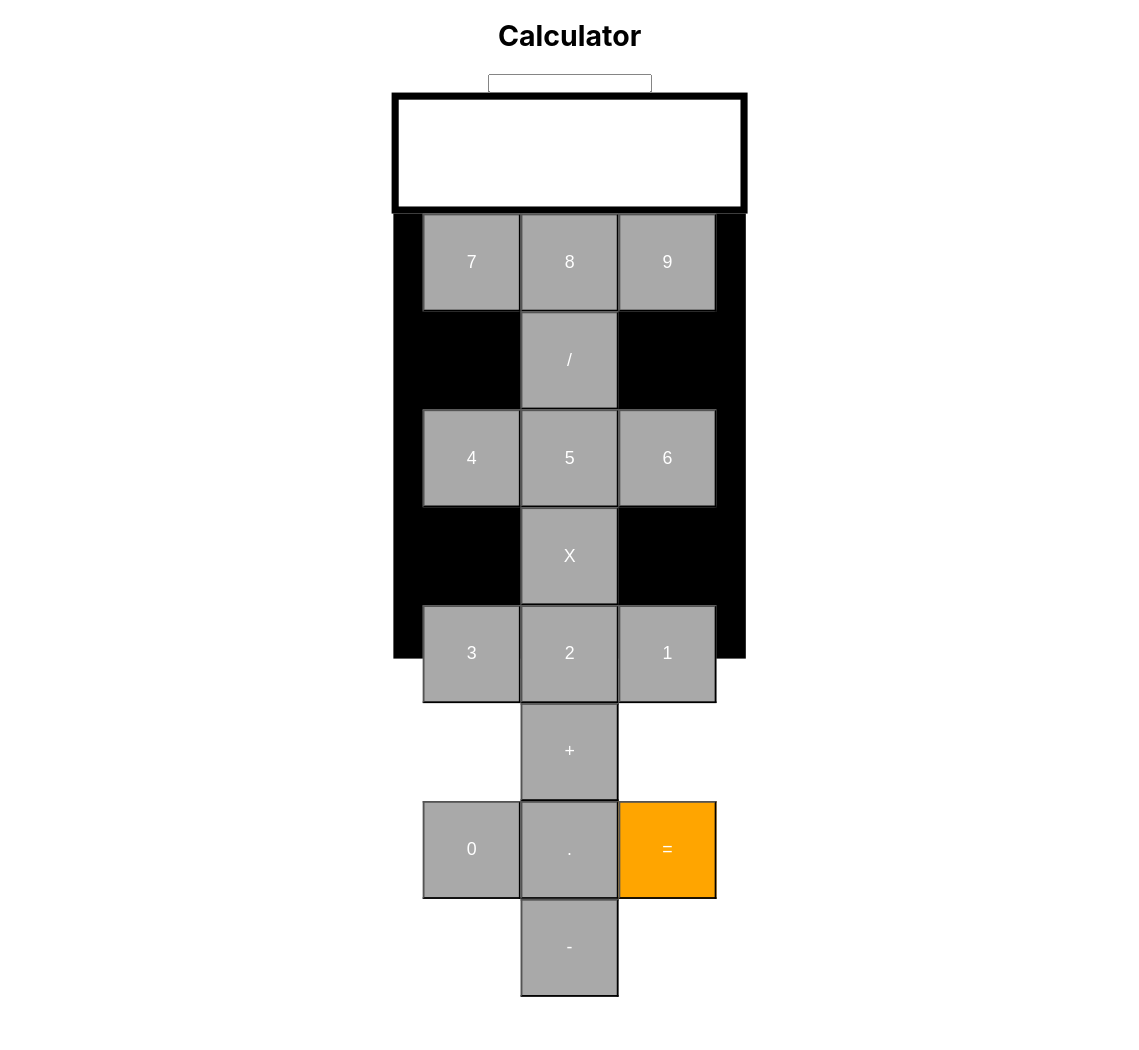
Repository: punitbathija/Placement-Assitance-iNeuron
Page: / (app in React/calculator/), after clicking the first element matching `button.equal`
An editor plug-in stored every save of this project. The page is shown before and after the next save, followed by the edit.
The browser window is 1280 px wide. The pictures show the whole page, at 89% of full size.
The project was rebuilt for these pictures with package versions that can differ from the ones it lists, and the page was loaded fresh each time.

Above is the page before, as saved 2023-06-05 16:25:12.

### React/calculator/src/index.css
body {
  margin: 0;
  font-family: -apple-system, BlinkMacSystemFont, 'Segoe UI', 'Roboto', 'Oxygen',
    'Ubuntu', 'Cantarell', 'Fira Sans', 'Droid Sans', 'Helvetica Neue',
    sans-serif;
  -webkit-font-smoothing: antialiased;
  -moz-osx-font-smoothing: grayscale;
}

code {
  font-family: source-code-pro, Menlo, Monaco, Consolas, 'Courier New',
    monospace;
}


.screen{
  height: 120px;
  width: 30%;
  border:  8px solid black;
  margin: auto;
  background-color: white;
}


.numpad{
  color: white;
  height: 500px;
  width: 31%;
  margin: auto;
  background-color: black;
}

.btn{
  height: 110px;
  width: 110px;
  background-color: darkgray;
  color: white;
  font-size:20px;
}

.btn:hover{
  background-color: aliceblue;
  color: black;
}

.equal{
  background-color: orange;
}

### React/calculator/src/App.js
import "./App.css";
import Calculator from "./Calculator";

function App() {
  return (
    <div className="App">
      <h1>Calculator</h1>
      <Calculator />
    </div>
  );
}

export default App;

### React/calculator/src/Calculator.jsx
import React, { useState } from "react";
import "./index.css";

const Calculator = () => {
  const [input, setInput] = useState("");
  const [result, setResult] = useState("");

  const handleInputChange = (e) => {
    setInput(e.target.value);
  };

  const calculateResult = () => {
    try {
      const calculatedResult = eval(input);
      setResult(calculatedResult);
    } catch (error) {
      setResult("Error");
    }
  };

  const handleButtonClick = (value) => {
    setInput((prevInput) => prevInput + value);
  };

  return (
    <div className="body">
      <input type="text" value={input} onChange={handleInputChange} />

      <div className="screen"></div>
      <div className="numpad">
        <div className="firstRow">
          <button className="btn">7</button>
          <button className="btn">8</button>
          <button className="btn">9</button>
          <button className="btn">/</button>
        </div>
        <div className="secondRow">
          <button className="btn">4</button>
          <button className="btn">5</button>
          <button className="btn">6</button>
          <button className="btn">X</button>
        </div>
        <div className="thirdRow">
          <button className="btn">3</button>
          <button className="btn">2</button>
          <button className="btn">1</button>
          <button className="btn">+</button>
        </div>
        <div className="fourthRow">
          <button className="btn">0</button>
          <button className="btn">.</button>
          <button className="btn equal">=</button>
          <button className="btn">-</button>
        </div>
        <h1>| |....CASIO....| |</h1>
      </div>
    </div>
  );
};

export default Calculator;

Loaded but not shown: React/calculator/public/index.html (common file); React/calculator/src/index.js (common file); React/calculator/src/App.css (common file)

After the next save:
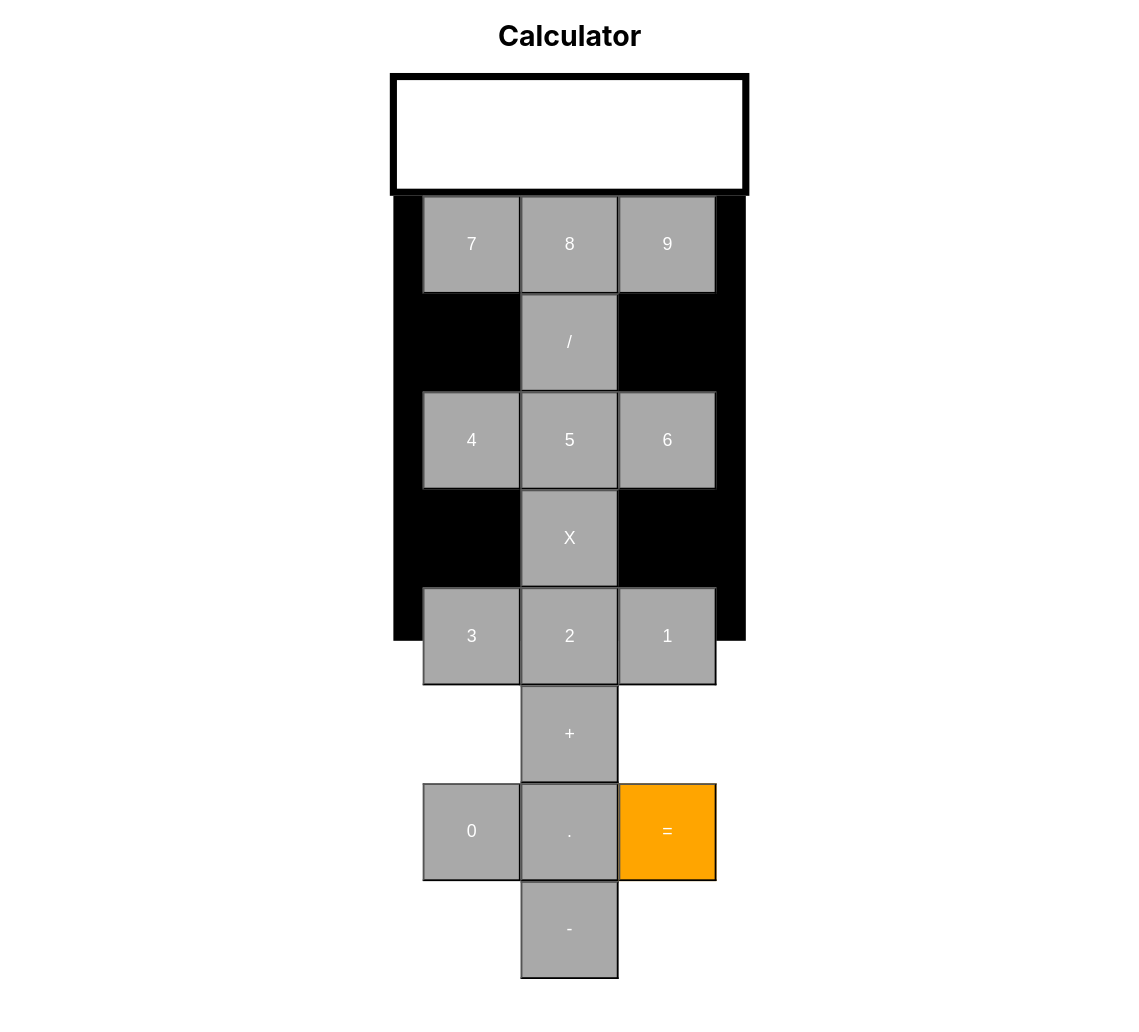
Saved 20 s later.
--- a/React/calculator/src/Calculator.jsx
+++ b/React/calculator/src/Calculator.jsx
@@ -24,9 +24,12 @@ const Calculator = () => {
 
   return (
     <div className="body">
-      <input type="text" value={input} onChange={handleInputChange} />
-
-      <div className="screen"></div>
+      <input
+        type="text"
+        className="screen"
+        value={input}
+        onChange={handleInputChange}
+      />
       <div className="numpad">
         <div className="firstRow">
           <button className="btn">7</button>
